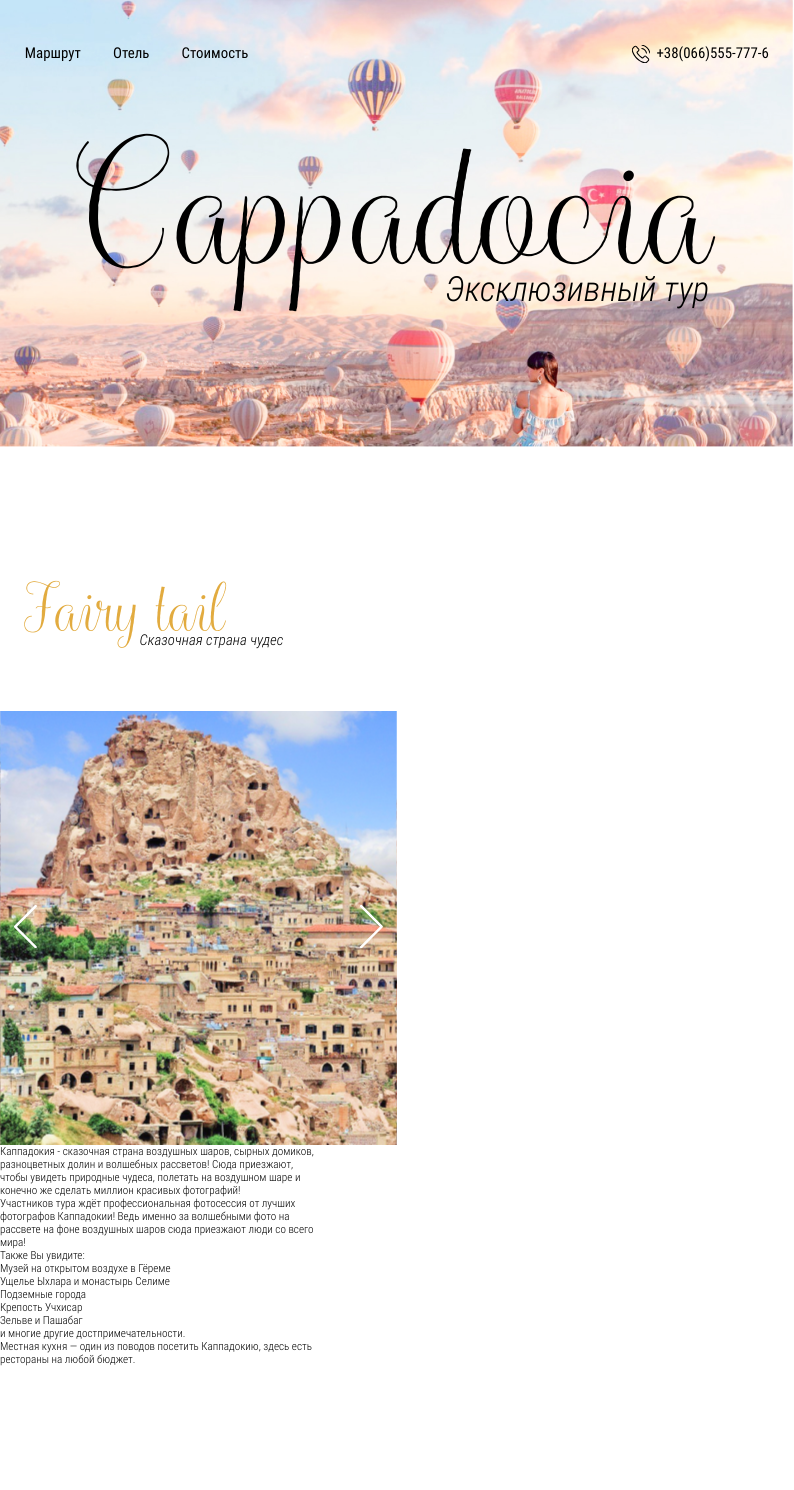
Repository: Lareeman/cappadocia
Page: index.html
These files come from the project's save history. The page is drawn as it stood at one moment and after a run of saves; the edit follows.
The browser window is 1280 px wide. The pictures show the whole page, at 62% of full size.

Above is the page before, as saved 2024-01-27 13:49:50.

After the next 6 saves:
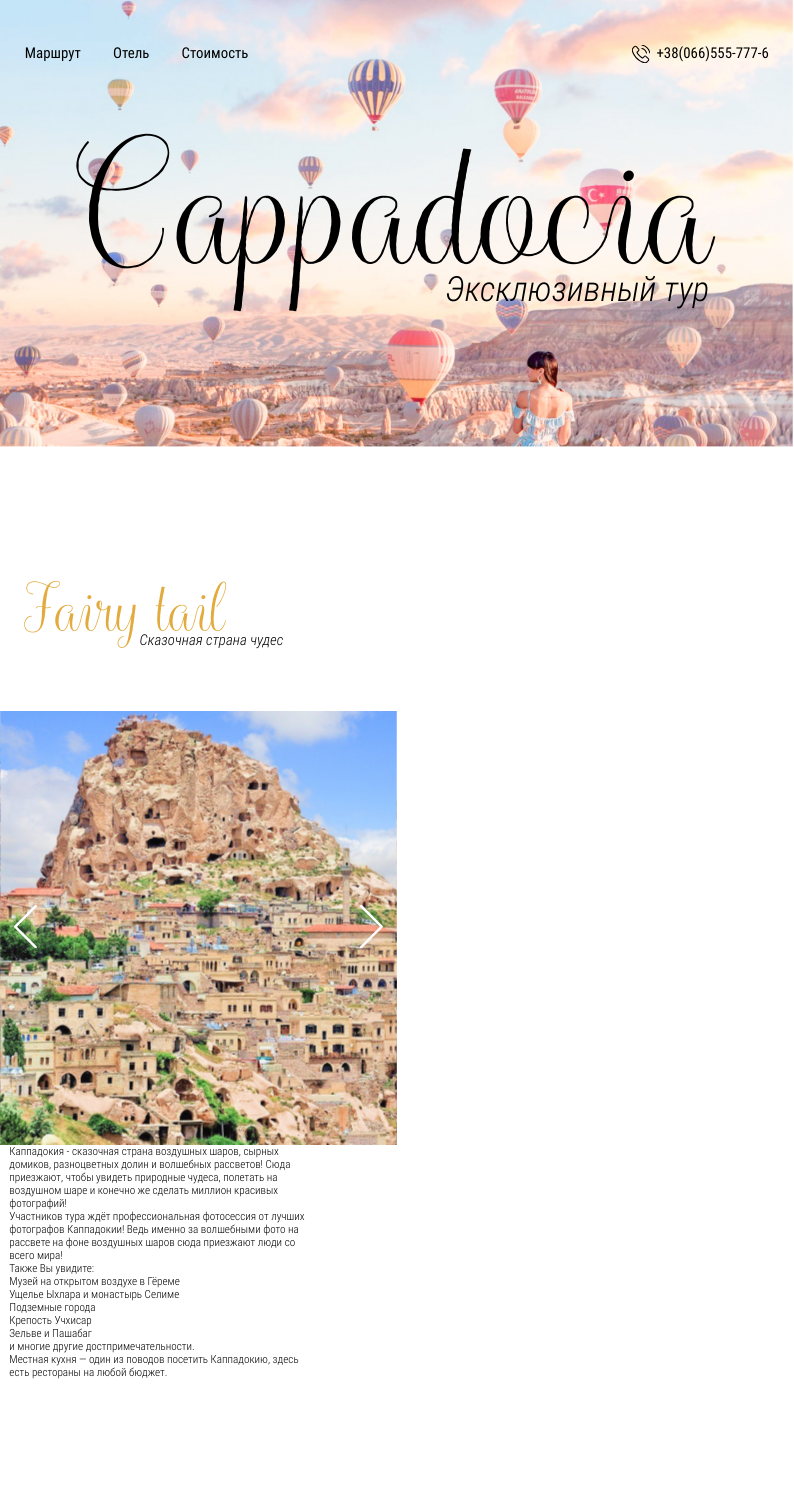
The 6 saves are shown as one change because they came seconds apart.
The last was saved 15 s later.
--- a/css/style.css
+++ b/css/style.css
@@ -206,6 +206,7 @@ body {
 
 .fairy__container {
   max-width: 1230px;
+  padding: 0 15px;
 
 }
 
